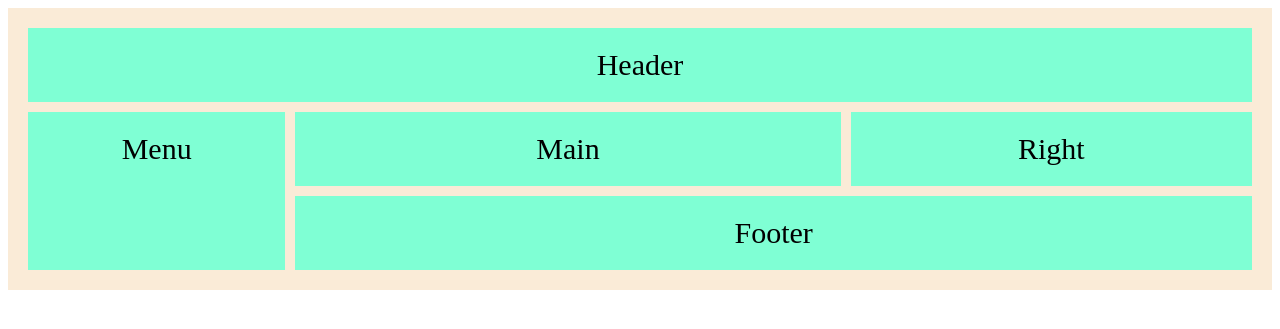
Repository: Thonghehe/Lab1_WEB106
Page: index11.html
These files come from the project's save history. The page is drawn as it stood at one moment and after the next save; the edit follows.
The browser window is 1280 px wide. The pictures show the whole page.

Above is the page before, as saved 2024-03-05 17:38:08.

After the next save:
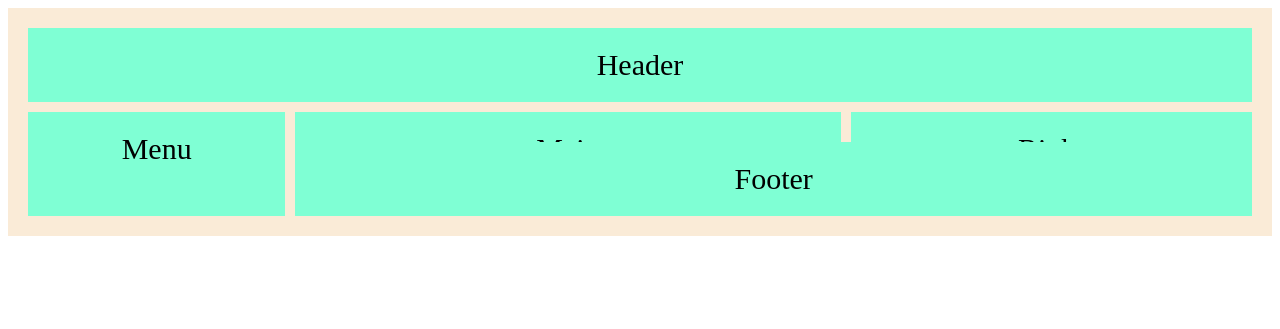
Saved 4 s later.
--- a/style.css
+++ b/style.css
@@ -28,7 +28,7 @@
     padding: 20px;
     background-color: antiquewhite;
     grid-template-columns: auto;
-    grid-template-rows: auto;
+    grid-template-rows: auto 20px;
     /* justify-content: space-between; */
     /* align-content: space-around; */
 
